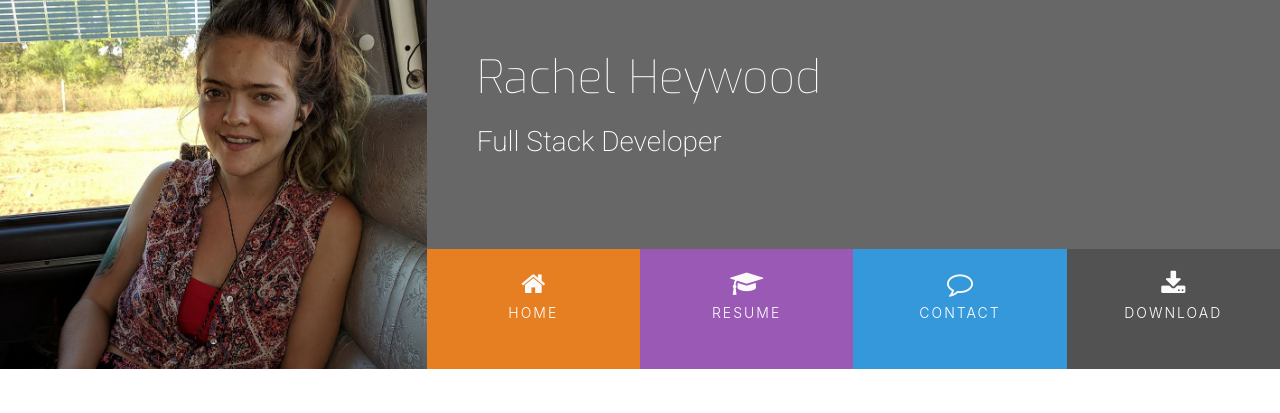
Repository: Heywood93/resume
Page: index.html
The author's editor kept a record of every edit. The page is drawn from the files as they stood at one moment, then again after the next edit.
The browser window is 1280 px wide. The pictures show the whole page.

Above is the page before.

After the next edit:
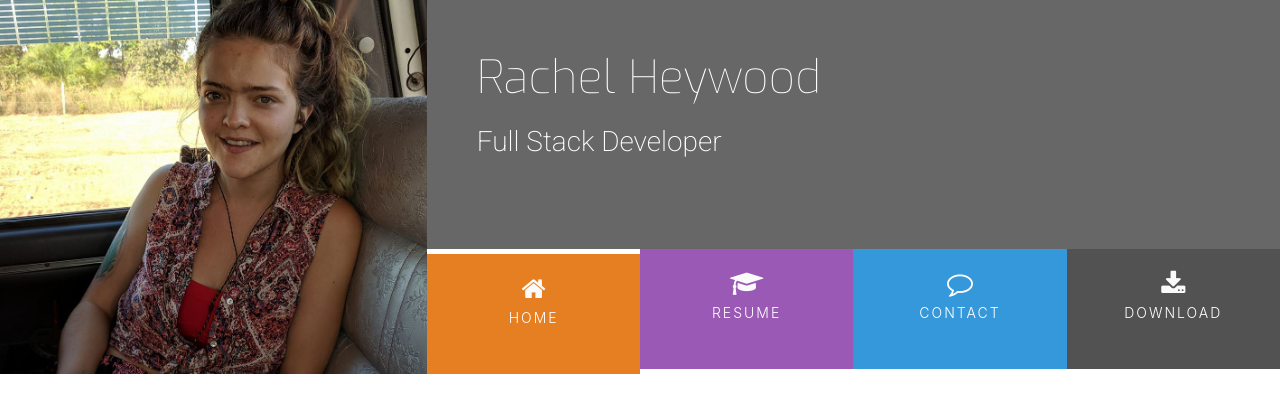
The edit:
--- a/index.html
+++ b/index.html
@@ -27,7 +27,7 @@
                     <div class="col">
                         <ul id="nav" class="list-inline menucontainer">
                             <li class="col-6 col-sm-3 ui-menu-color-home list-inline-item menuitem">
-                                <a href="#"><i class="fa fa-home" aria-hidden="true"></i><span>Home</span></a>
+                                <a href="#" class="hvr-sweep-to-bottom"><i class="fa fa-home" aria-hidden="true"></i><span>Home</span></a>
                             </li>
                             <li class="col-6 col-sm-3 ui-menu-color-resume list-inline-item menuitem">
                                 <a href="#"><i class="fa fa-graduation-cap" aria-hidden="true"></i><span>Resume</span></a>
